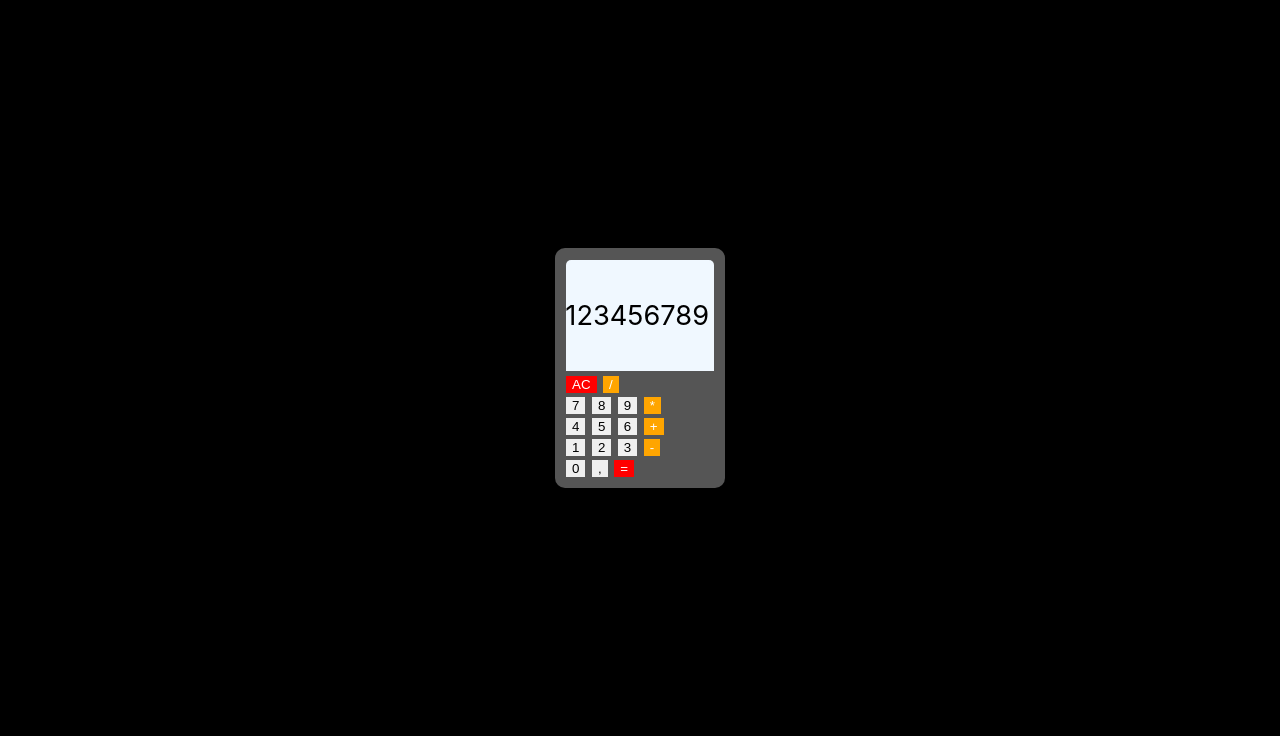
Repository: andersonxoliveira/Aplicacao_Calculadora
Page: /
These files come from the project's save history. The page is drawn as it stood at one moment and after the next save; the edit follows.
The browser window is 1280 px wide. The pictures show the whole page.
The project was rebuilt for these pictures with package versions that can differ from the ones it lists, and the page was loaded fresh each time. Also part of the build but not shown: svelte.config.js, vite.config.ts.

Above is the page before, as saved 2022-06-26 18:40:58.

### src/App.svelte
<script lang="ts">
import Calculadora from "./components/Calculadora.svelte";


</script>

<main>
        <Calculadora />
</main>

<style>
:global(body) {
  background-color: black;
}

  :root {
    --cor-fundo: #555 ;
    font-family: -apple-system, BlinkMacSystemFont, 'Segoe UI', Roboto, Oxygen,
      Ubuntu, Cantarell, 'Open Sans', 'Helvetica Neue', sans-serif;
  }

  main {
   display: flex;
   justify-content: center;
   align-items: center;
   height:  100vh;
  }

</style>

### src/components/Calculadora.svelte
<script lang="ts">
import Botao from "./Botao.svelte";
import Display from "./Display.svelte";
import Linha from "./Linha.svelte";

</script>
<div class="calculadora">
 <Display valor="0123456789"/>
  <Linha >
    <Botao destaque triplo texto="AC"/>
    <Botao operacao texto="/"/>
</Linha>
  <Linha >
             <Botao texto="7"/>
             <Botao texto="8"/>
              <Botao texto="9"/>
              <Botao operacao texto="*"/>
      </Linha>
      <Linha >
        <Botao texto="4"/>
        <Botao texto="5"/>
         <Botao texto="6"/>
         <Botao operacao texto="+"/>
 </Linha>
 <Linha >
  <Botao texto="1"/>
  <Botao texto="2"/>
   <Botao texto="3"/>
   <Botao operacao texto="-"/>
</Linha>
<Linha >
  <Botao duplo texto="0"/>
  <Botao texto=","/>
   <Botao destaque texto="="/>
  </Linha>
</div>

<style>
      .calculadora {
        background-color: var(--cor-fundo);
        height:  220px;
        width:  150px;
        padding:  10px;
        border-radius:  10px;

        display: flex;
        flex-direction:  column;
      }
</style>

### src/components/Botao.svelte
<script lang="ts">
      export let texto: string
      export let triplo: boolean = false
      export let duplo: boolean = false
      export let operacao: boolean = false
      export let destaque: boolean = false
</script>

<button class= "botao"
class:triplo class:duplo class:operacao class:destaque>
{texto}
</button>

<style>
        .botao {
            margin:  0;
            border:  1px solid var(--cor-fundo);
              flex-basis:  25%;
        }

          .triplo {
            flex-basis:  75%;
          }

          .duplo {
            flex-basis:  50%;
          }

          .operacao {
           background-color: orange;
           color: white;
          }

          .destaque {
            background-color: red;
            color: white;
          }
</style>

### src/components/Display.svelte
<script lang="ts">
      export let valor: string

      $: tamanhoFonte = valor.length > 20 ? 'pequena' : `s-${valor}`
</script>

<div class={`tela ${tamanhoFonte}`}>
        <span>{valor}</span>
</div>

<style>
  .tela {
    display: flex;
    flex: 1;
    justify-content: flex-end;
    align-items: center;
    padding: 0px 5px;
    font-size: 1.7rem;
    background-color: aliceblue;
    overflow: hidden;
    margin: 2px 1px;
    border-top-right-radius: 5px;
    border-top-left-radius: 5px;
  }

  .s-10 { font-size: 1.4rem;}
  .s-11 { font-size: 1.35rem;}
  .s-12 { font-size: 1.25rem;}


  .pequena { font-size: 0.6rem ;}
  </style>

### src/components/Linha.svelte
<div class="linha">
        <slot />
</div>

<style>
      .linha {
        display: felx;
      }
</style>

Loaded but not shown: index.html (common file); src/main.ts (common file)

After the next save:
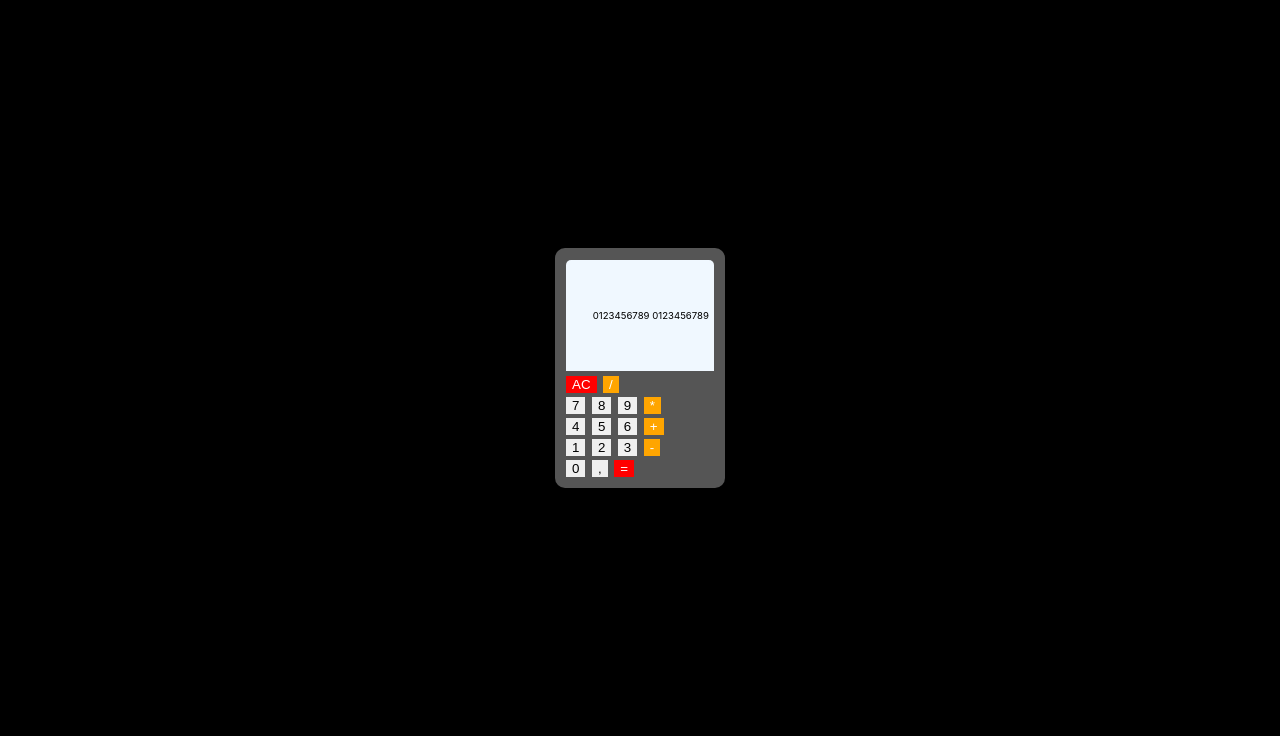
Saved 11 s later.
--- a/src/components/Calculadora.svelte
+++ b/src/components/Calculadora.svelte
@@ -5,7 +5,7 @@
 
 </script>
 <div class="calculadora">
- <Display valor="0123456789"/>
+ <Display valor="0123456789 0123456789"/>
   <Linha >
     <Botao destaque triplo texto="AC"/>
     <Botao operacao texto="/"/>

After the 2 saves that followed:
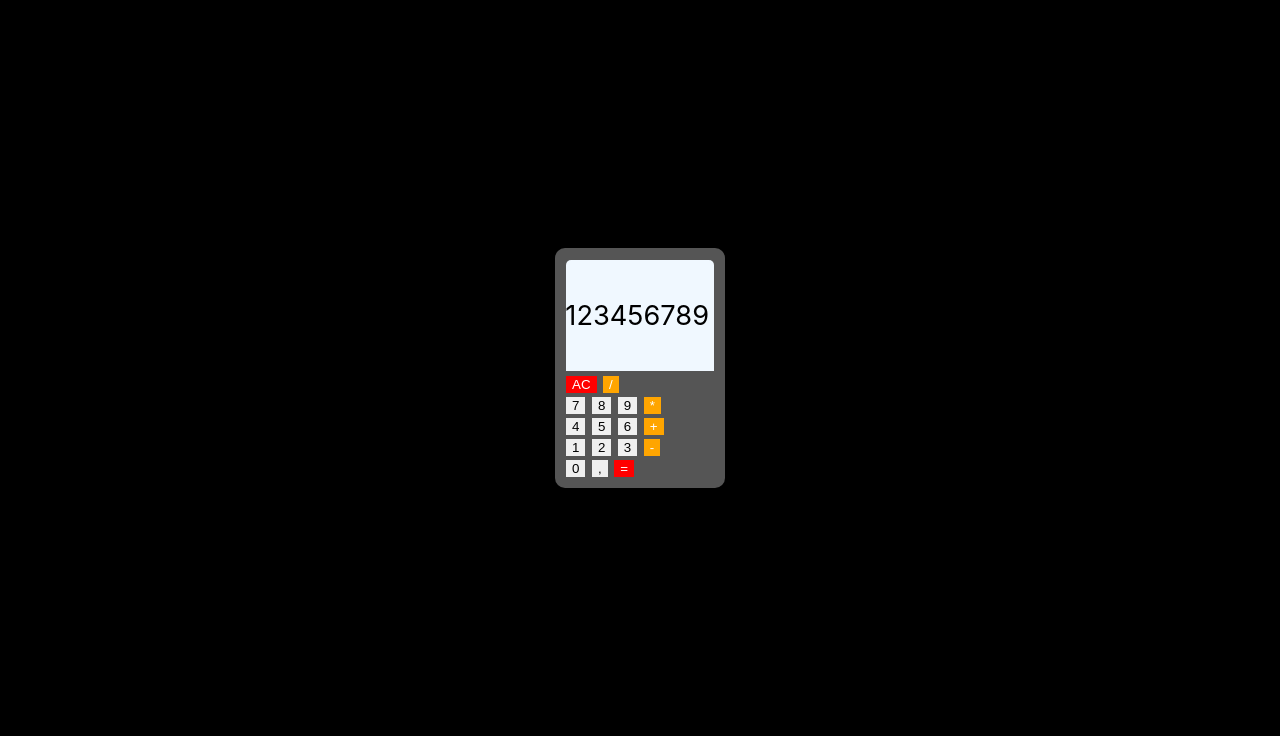
The 2 saves are shown as one change because 1 left the picture as it was.
The last was saved 107 s later.
--- a/src/components/Calculadora.svelte
+++ b/src/components/Calculadora.svelte
@@ -5,7 +5,7 @@
 
 </script>
 <div class="calculadora">
- <Display valor="0123456789 0123456789"/>
+ <Display valor="01234567890123456789"/>
   <Linha >
     <Botao destaque triplo texto="AC"/>
     <Botao operacao texto="/"/>
--- a/src/components/Display.svelte
+++ b/src/components/Display.svelte
@@ -26,7 +26,11 @@
   .s-10 { font-size: 1.4rem;}
   .s-11 { font-size: 1.35rem;}
   .s-12 { font-size: 1.25rem;}
-
-
+  .s-13 { font-size: 1.15rem;}
+  .s-14 { font-size: 1.05rem;}
+  .s-15 { font-size: 0.95rem;}
+  .s-16 { font-size: 0.85rem;}
+  .s-17 { font-size: 0.75rem;}
+  .s-18 { font-size: 0.65rem;}
   .pequena { font-size: 0.6rem ;}
   </style>
